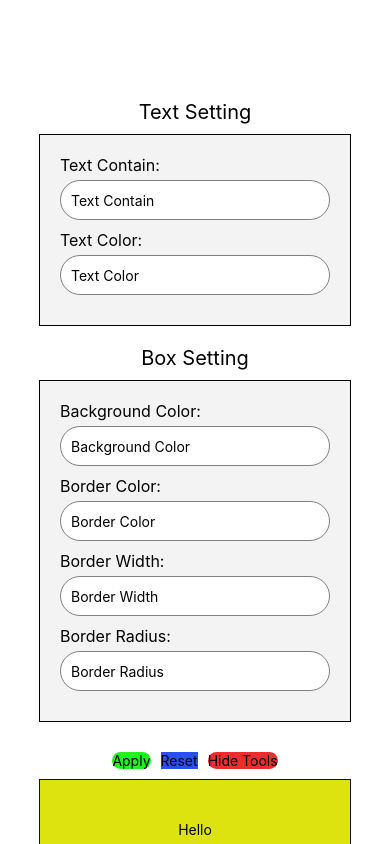
Repository: amirjavadikia/mobile-projectg
Screen: /
The author's editor kept a copy of each file at every save. The screen is drawn from the files as they stood at one save, then again after a run of saves.
The app was drawn by React Native's web renderer in a window 390 px wide. The project was rebuilt for these pictures with package versions that can differ from the ones it lists, and the page was loaded fresh each time.

Above is the screen before, as saved 2024-05-14 22:17:39.

After the next 3 saves:
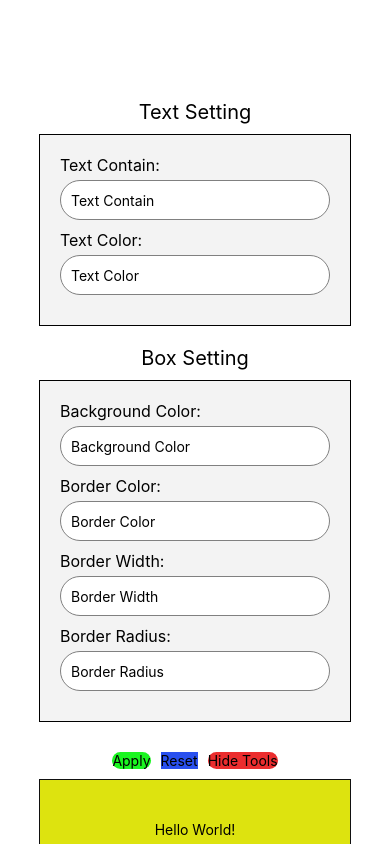
The 3 saves are shown as one change because they came seconds apart.
The last was saved 12 s later.
--- a/App.tsx
+++ b/App.tsx
@@ -95,7 +95,7 @@ import React, { useState } from 'react';
 import { View, Text, TextInput, StyleSheet, Button, ScrollView, TouchableOpacity } from 'react-native';
 
 const App = () => {
-  const [text, setText] = useState('Hello');
+  const [text, setText] = useState('Hello World!');
   const [showTools, setShowTools] = useState(true);
   const [newText, setNewText] = useState('');
   const [newTextColor, setNewTextColor] = useState('');
